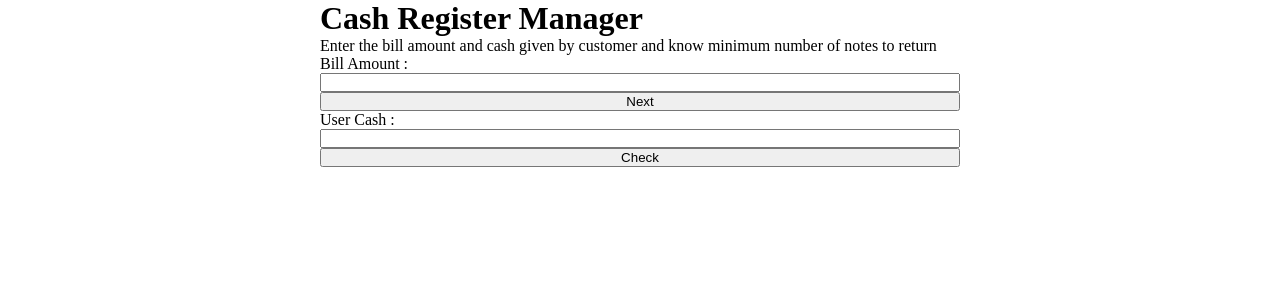
Repository: patelamancode/Cash-register-manager-app
Page: index.html
The author's editor kept a copy of each file at every save. The page is drawn from the files as they stood at one save, then again after the next save.
The browser window is 1280 px wide. The pictures show the whole page.

Above is the page before, as saved 2022-11-17 15:45:03.

### index.html
<!DOCTYPE html>
<html lang="en">

<head>
    <meta charset="UTF-8">
    <meta http-equiv="X-UA-Compatible" content="IE=edge">
    <meta name="viewport" content="width=device-width, initial-scale=1.0">
    <link rel="stylesheet" href="index.css">
    <title>Cash register app</title>
</head>

<body>
    <div id="main-container">
        <h1 class="heading">Cash Register Manager</h1>
        <p id="description">Enter the bill amount and cash given by customer
            and know minimum number of notes to return
        </p>
        <label for="Bill-amount">Bill Amount :</label>
        <input type="text" id="bill-amount">
        <button id="next-btn">Next</button>
        <label for="Cash-amount" class="cash-section">User Cash :</label>
        <input type="text" id="cash-amount">
        <button class="check-btn">Check</button>
        <p class="error-message"></p>
        <table class="change-cash">
            <caption>Return Change Cash :</caption>
            <tr>
                <th>No. of notes</th>
                <td class="notes-number"></td>
                <td class="notes-number"></td>
                <td class="notes-number"></td>
                <td class="notes-number"></td>
                <td class="notes-number"></td>
                <td class="notes-number"></td>
                <td class="notes-number"></td>
                <td class="notes-number"></td>
                <td class="notes-number"></td>
                <td class="notes-number"></td>
            </tr>
            <tr>
                <th>Notes</th>
                <td>2000</td>
                <td>1000</td>
                <td>500</td>
                <td>200</td>
                <td>100</td>
                <td>50</td>
                <td>20</td>
                <td>10</td>
                <td>5</td>
                <td>1</td>
            </tr>
        </table>
    </div>

    <script src="index.js"></script>
</body>

</html>

### index.css
*{
    margin: 0;
    padding: 0;
}

#main-container{
    display: flex;
    flex-direction: column;
    width: 50vw;
    margin: auto;
}

### index.js
// document.querySelector('.check-btn').addEventListener('click', function(){
//     console.log("Check button is clicked")
// })

const billAmount = document.querySelector('#bill-amount');
const cashAmount = document.querySelector('#cash-amount');
const checkButton = document.querySelector('.check-btn');
const errorMessage = document.querySelector('.error-message');
const notesDisplay = document.querySelectorAll('.notes-number');

const cashLabel = document.querySelector('.cash-section');
const tableContent = document.querySelector('table');
const nextButton = document.querySelector('#next-btn');

// Testing console values for all inputs
// checkButton.addEventListener('click', function(){
//     console.log(cashAmount.value);
// })
tableContent.style.display = "none";

nextButton.addEventListener('click', function(){
    tableContent.style.display = "block";
})



const displayErrorMessage = function (message) {
    errorMessage.style.display = "block";
    errorMessage.style.backgroundColor = "red";
    errorMessage.innerText = message;
}
const hideErrorMessage = function(){
    errorMessage.style.display = "none";

}

const notesArray = [2000, 1000, 500, 200, 100, 50, 20, 10, 5, 1];


checkButton.addEventListener('click', function amountValidation() {
    hideErrorMessage();

    if (billAmount.value > 0) {
        if(cashAmount.value > billAmount.value){
            const returnAmount = cashAmount.value - billAmount.value;
            numberOfNotesGiven(returnAmount);
        }
        else{
            displayErrorMessage("Invalid Cash value as per Bill amount");
        }
    }
    else {
        displayErrorMessage("Please make sure input bill amount must be positive and non-zero value");
    }
})

const numberOfNotesGiven = function(returnAmount){
    for(let i=0; i< notesArray.length; i++){
        let notesCount = Math.trunc(returnAmount/notesArray[i]);
        returnAmount = returnAmount%notesArray[i];
        notesDisplay[i].innerText = notesCount;
    }
}

// 1550

After the next save:
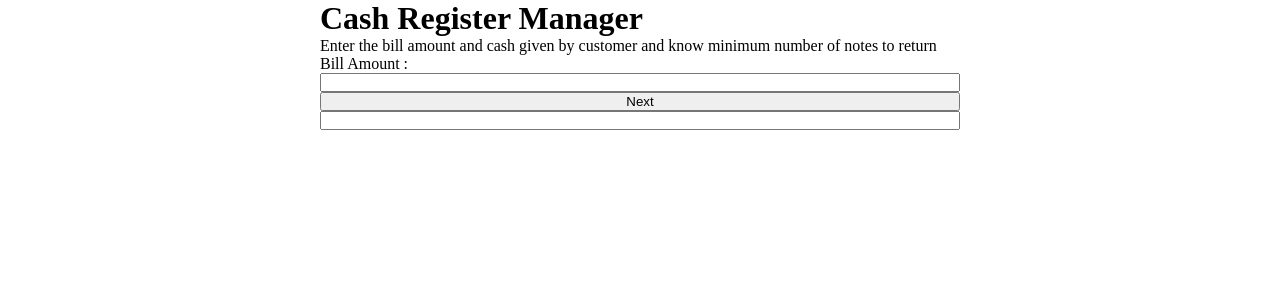
Saved 108 s later.
--- a/index.js
+++ b/index.js
@@ -16,7 +16,9 @@ const nextButton = document.querySelector('#next-btn');
 // checkButton.addEventListener('click', function(){
 //     console.log(cashAmount.value);
 // })
+cashLabel.style.display = "none";
 tableContent.style.display = "none";
+checkButton.style.display = "none";
 
 nextButton.addEventListener('click', function(){
     tableContent.style.display = "block";
